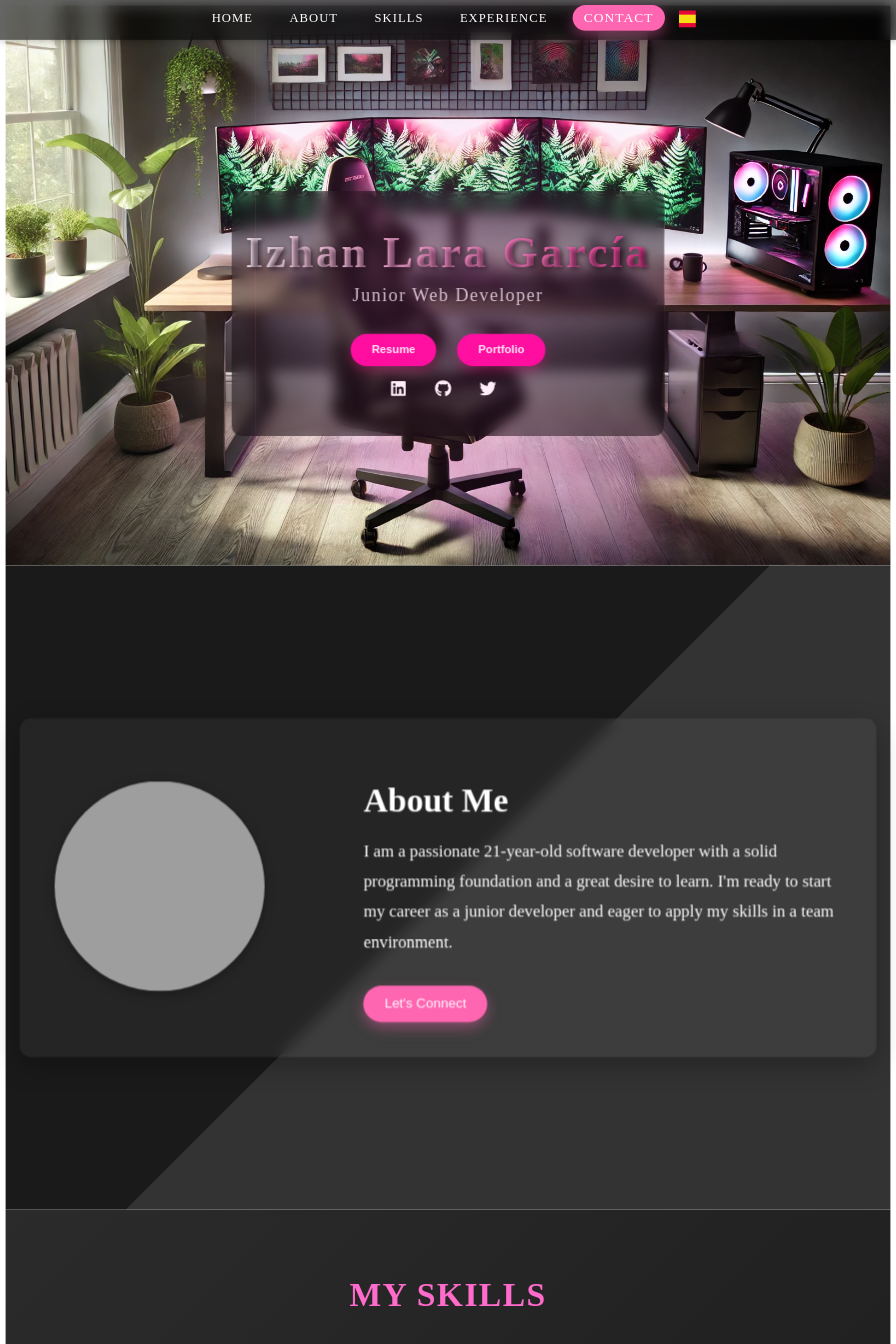
Repository: izhanlaraagarcia/izhanlaraagarcia.github.io
Page: / (app in vite-project/)
These files come from the project's save history. The page is drawn as it stood at one moment and after the next save; the edit follows.
The browser window is 1280 px wide. The pictures show the part of the page from y = 0 to 1920 px (the page is 3164 px tall before and 720 px after), at 70% of full size.
Pictures or frames that could not be fetched are drawn as grey boxes. The project was rebuilt for these pictures with package versions that can differ from the ones it lists, and the page was loaded fresh each time. Also part of the build but not shown: vite-project/vite.config.js.

Above is the page before, as saved 2024-09-18 12:33:51.

After the next save:
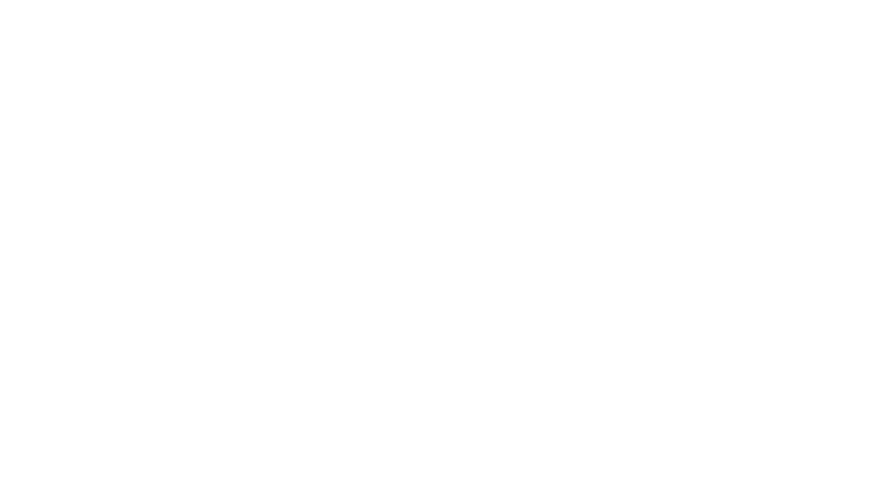
Console error: ReferenceError: headerComponent is not defined
Saved 4 s later.
--- a/vite-project/src/components/HeaderComponent.jsx
+++ b/vite-project/src/components/HeaderComponent.jsx
@@ -119,4 +119,4 @@
   );
 };
 
-export default HeaderComponent;
+export default headerComponent;

After the save that followed:
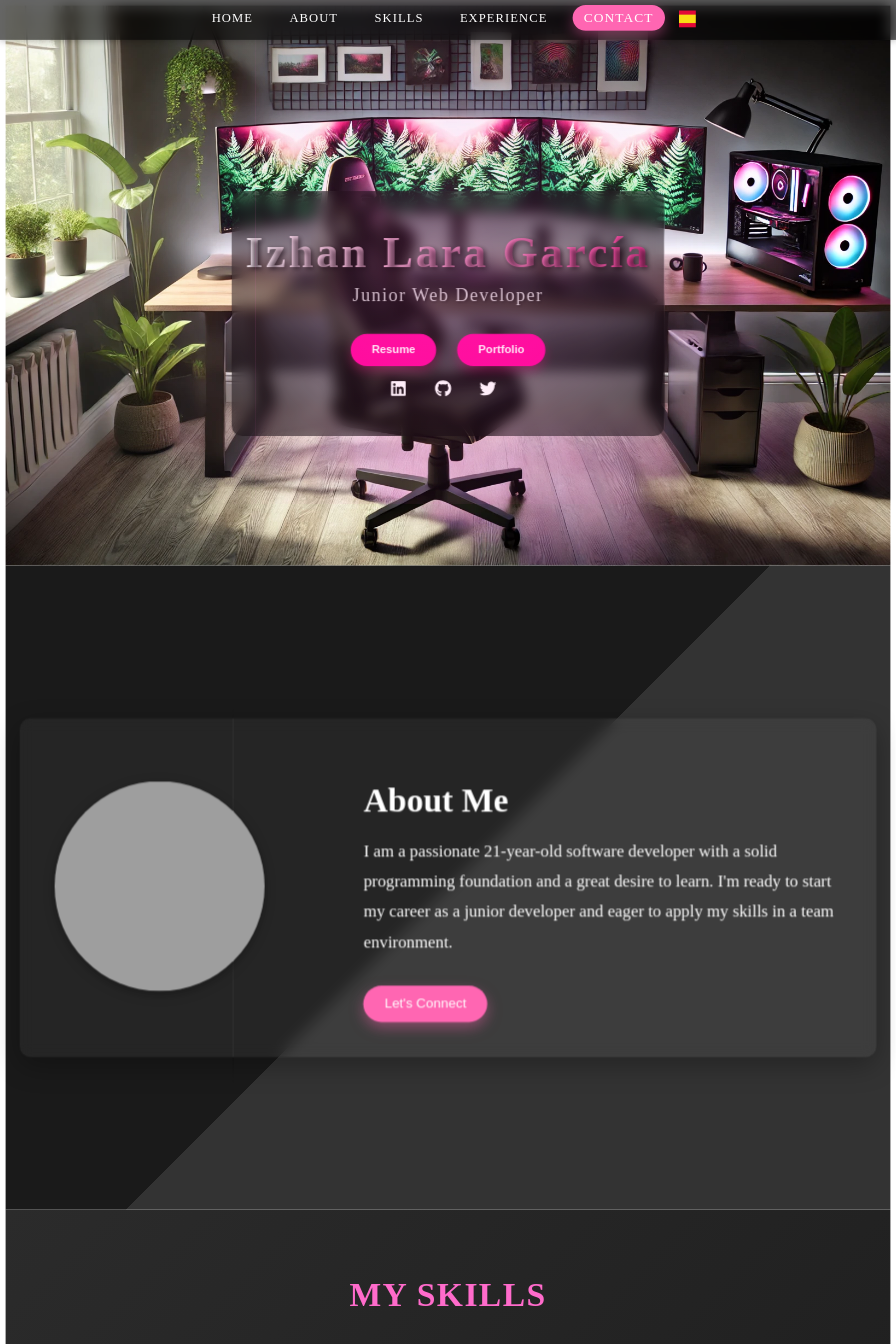
The error is gone.
Saved 8 s later.
--- a/vite-project/src/components/HeaderComponent.jsx
+++ b/vite-project/src/components/HeaderComponent.jsx
@@ -1,11 +1,10 @@
-
 import React, { useState } from 'react';
 import { motion } from 'framer-motion';
 import { Link } from 'react-scroll';
 import { FaLinkedin, FaGithub, FaTwitter } from 'react-icons/fa';
-import USFlag from '../assets/us-flag.png';
+import USFlag from '../assets/us-flag.png'; // Revisa que las rutas sean correctas
 import ESFlag from '../assets/es-flag.png';
-import AboutComponent from './AboutComponent';
+import AboutComponent from './AboutComponent'; // Asegúrate de importar correctamente
 
 const HeaderComponent = () => {
   const [language, setLanguage] = useState('en');
@@ -46,12 +45,7 @@
   return (
     <>
       <header className="header" id="header">
-        <motion.nav
-          className="nav"
-          initial={{ opacity: 0, y: -50 }}
-          animate={{ opacity: 1, y: 0 }}
-          transition={{ delay: 0.5, duration: 1 }}
-        >
+        <nav className="nav">
           <ul className="nav-list">
             <li><Link to="header" smooth={true}>{translations[language].menu.home}</Link></li>
             <li><Link to="about" smooth={true}>{translations[language].menu.about}</Link></li>
@@ -69,7 +63,7 @@
               </button>
             </li>
           </ul>
-        </motion.nav>
+        </nav>
 
         <motion.div
           className="header-content"
@@ -79,8 +73,8 @@
         >
           <motion.h1
             className="header-title"
-            initial={{ scale: 0.8, y: -100 }}
-            animate={{ scale: 1, y: 0 }}
+            initial={{ scale: 0, y: -100 }}
+            animate={{ scale: [1.2, 1], y: 0 }}
             transition={{ duration: 1, ease: "easeOut" }}
             whileHover={{ scale: 1.05, color: "#f09" }}
           >
@@ -100,23 +94,18 @@
             </motion.button>
           </div>
 
-          <motion.div
-            className="social-icons"
-            initial={{ y: 50, opacity: 0 }}
-            animate={{ y: 0, opacity: 1 }}
-            transition={{ duration: 1, delay: 1 }}
-          >
-            <motion.a href="https://linkedin.com" target="_blank" whileHover={{ scale: 1.2 }}><FaLinkedin /></motion.a>
-            <motion.a href="https://github.com" target="_blank" whileHover={{ scale: 1.2 }}><FaGithub /></motion.a>
-            <motion.a href="https://twitter.com" target="_blank" whileHover={{ scale: 1.2 }}><FaTwitter /></motion.a>
-          </motion.div>
+          <div className="social-icons">
+            <motion.a href="https://linkedin.com" target="_blank" whileHover={{ scale: 1.1 }}><FaLinkedin /></motion.a>
+            <motion.a href="https://github.com" target="_blank" whileHover={{ scale: 1.1 }}><FaGithub /></motion.a>
+            <motion.a href="https://twitter.com" target="_blank" whileHover={{ scale: 1.1 }}><FaTwitter /></motion.a>
+          </div>
         </motion.div>
       </header>
 
-      {/* Sección About */}
+      {/* Pasa solo el estado de idioma al componente About */}
       <AboutComponent language={language} />
     </>
   );
 };
 
-export default headerComponent;
+export default HeaderComponent;
